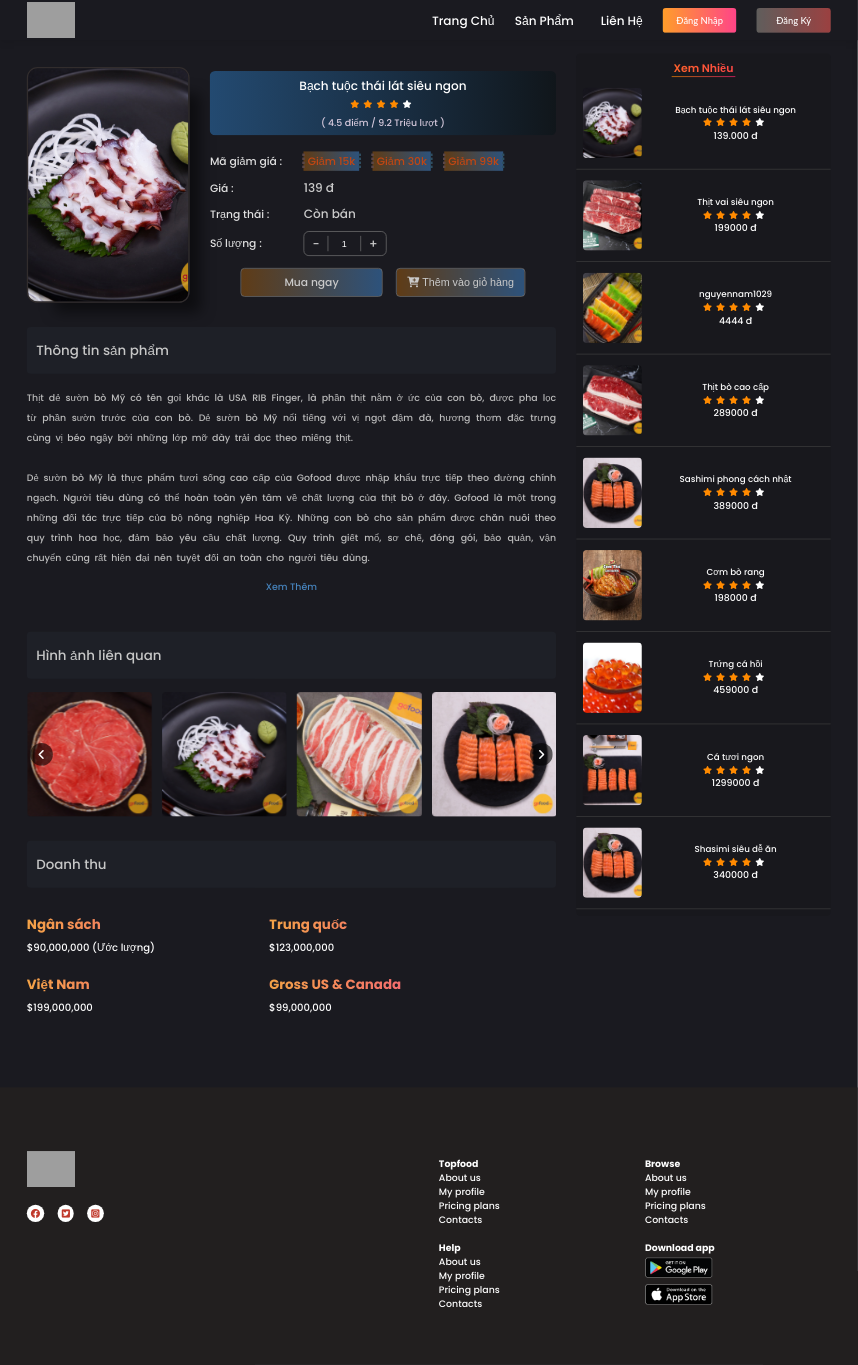
Repository: nguyennam1029/TopFoodNew
Page: http://localhost/product_detail.php?id=1
The author's editor kept a copy of each file at every save. The page is drawn from the files as they stood at one save, then again after the next save.
The browser window is 1280 px wide. The pictures show the whole page, at 67% of full size.
Pictures or frames that could not be fetched are drawn as grey boxes. Some icons come from a web library that is not loaded, so they are not drawn. Some web fonts or font styles are not loaded; a fallback is used. Some web libraries are served in a nearby version. The page is run by PHP 8.4 with error messages shown; the project is at /var/www/html/. The database holds what the project's SQL file puts in it.

Above is the page before, as saved 2022-08-05 13:10:31.

After the next save:
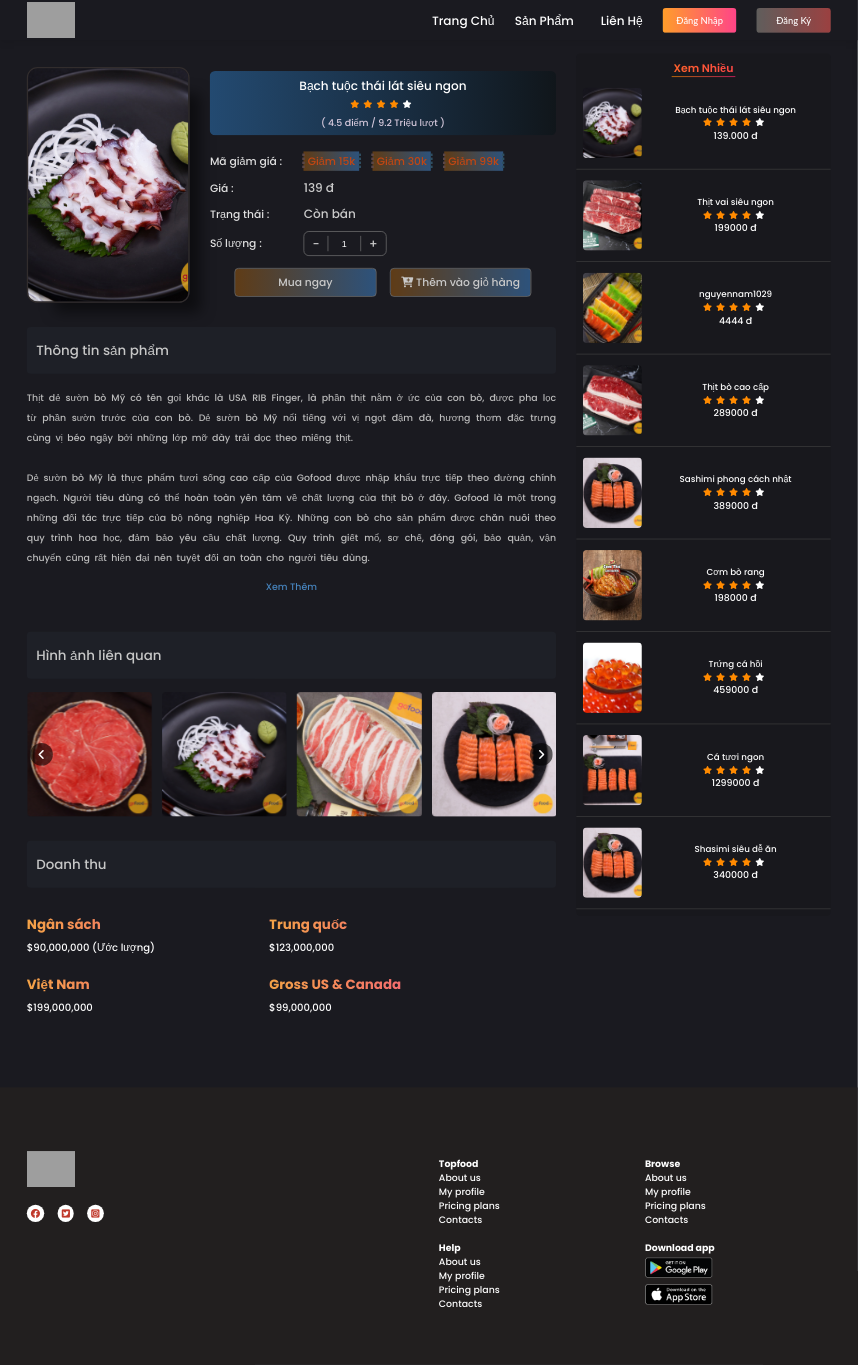
Console error: TypeError: Cannot read properties of null (reading 'addEventListener')
Saved 43 s later.
--- a/product_detail.php
+++ b/product_detail.php
@@ -146,7 +146,7 @@ session_start();
                                             <li class="item list-cart">
                                                 <p class="cart-item buy-now">Mua ngay</p>
 
-                                                <?php if (empty($_GET['id'])) { ?>
+                                                <?php if (empty($_SESSION['id'])) { ?>
                                                     <p class="cart-item add-cart ">
                                                         <i class="fa-solid fa-cart-plus add-cart--icon"></i>
                                                         <span class="add-cart--title">Thêm vào giỏ hàng </span>
